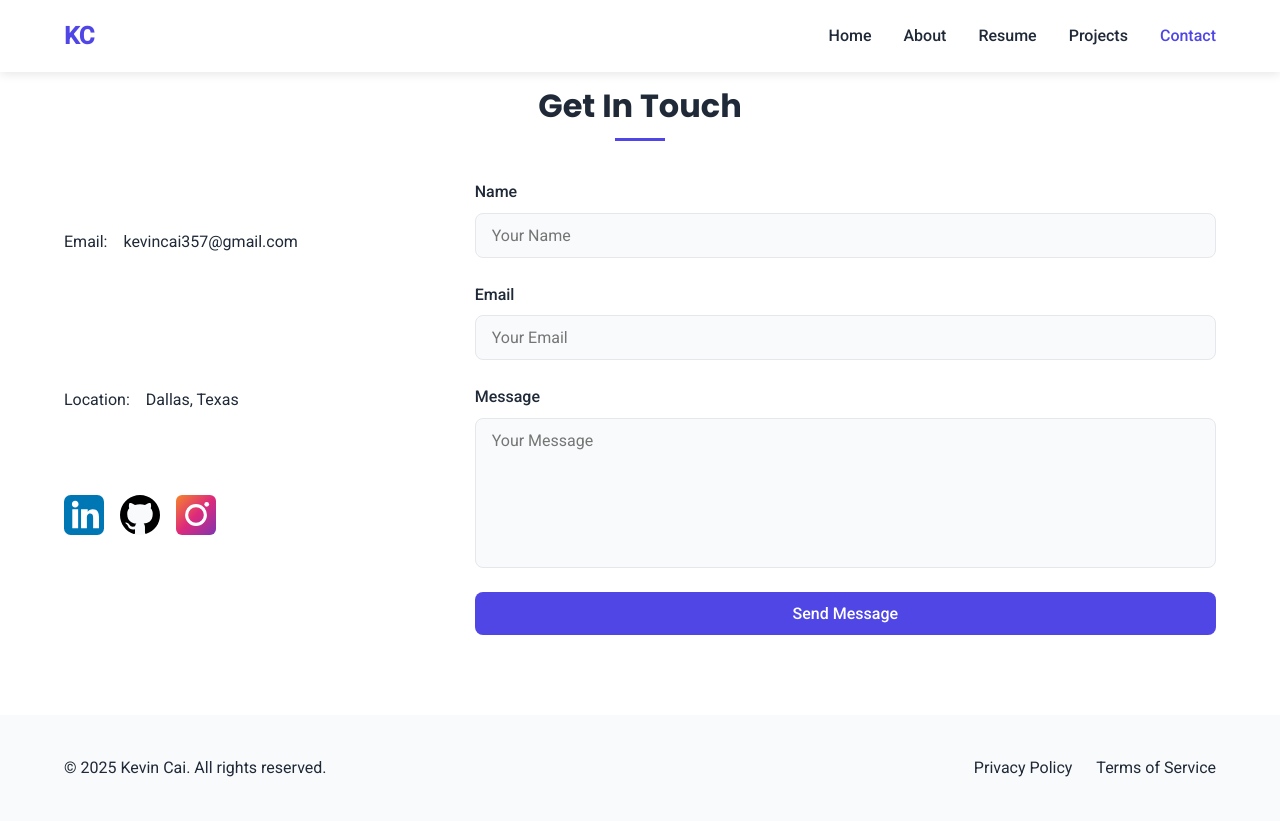
Repository: itskevbo/E-Portfolio
Page: pages/contact.html
These files come from the project's save history. The page is drawn as it stood at one moment and after the next save; the edit follows.
The browser window is 1280 px wide. The pictures show the whole page.

Above is the page before, as saved 2025-04-22 22:55:56.

After the next save:
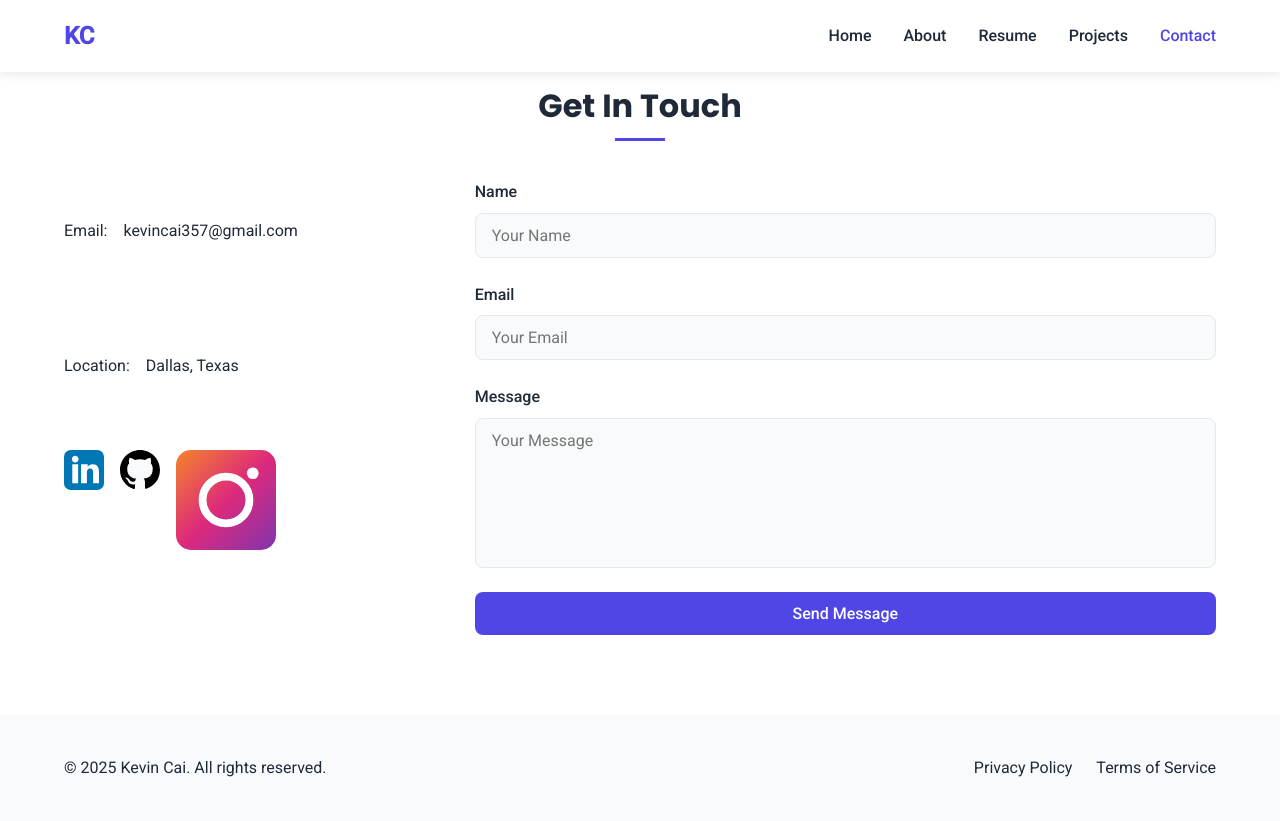
Saved 3 min 17 s later.
--- a/pages/contact.html
+++ b/pages/contact.html
@@ -65,7 +65,7 @@
                             <a href="https://github.com/itskevbo" class="contact__social-link" target="_blank">
                                 <img src="../assets/icons/github.svg" alt="GitHub" class="contact__social-icon">
                             </a>
-                            <a href="#" class="contact__social-link" target="_blank">
+                            <a href="#" class="https://www.instagram.com/_itskevbo/" target="_blank">
                                 <img src="../assets/icons/instagram.svg" alt="Instagram" class="contact__social-icon">
                             </a>
                         </div>

After the 2 saves that followed:
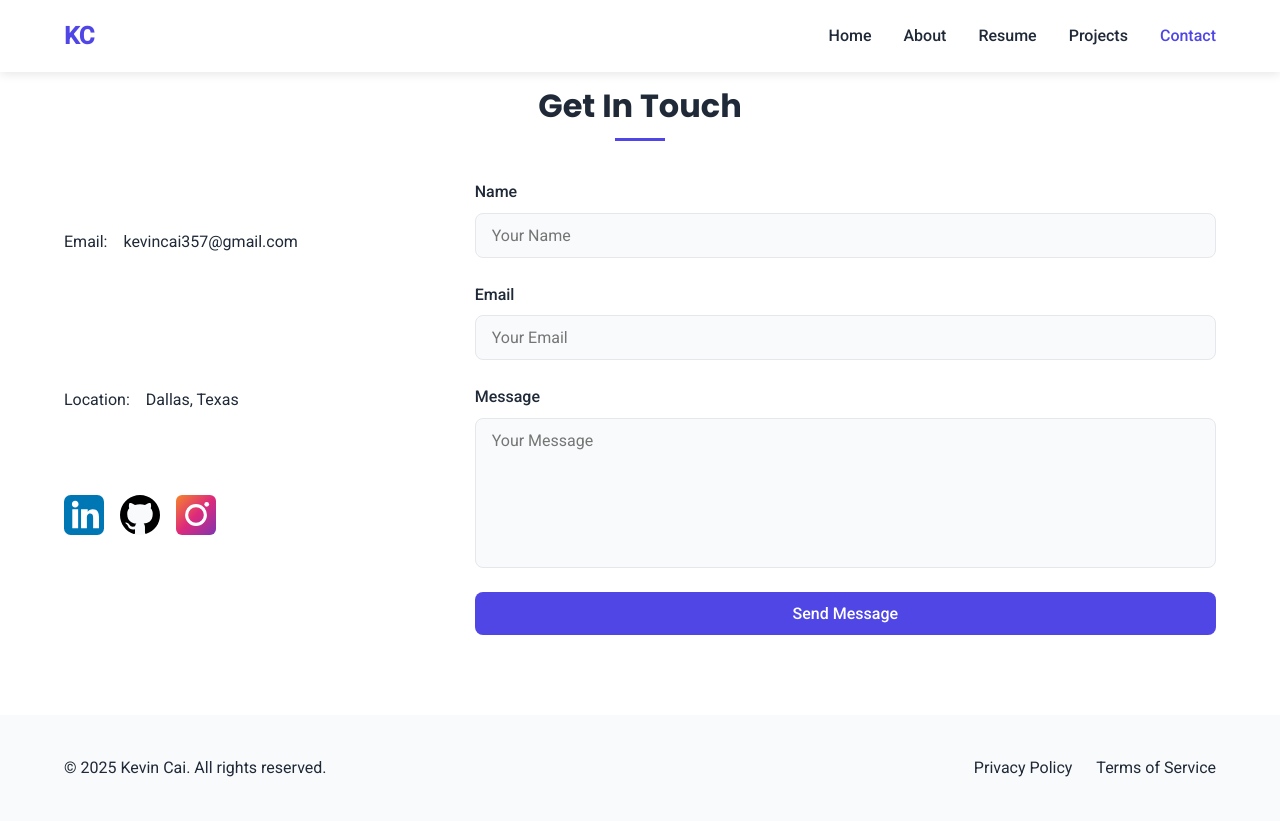
The 2 saves are shown as one change because they came seconds apart.
The last was saved 14 s later.
--- a/pages/contact.html
+++ b/pages/contact.html
@@ -65,7 +65,7 @@
                             <a href="https://github.com/itskevbo" class="contact__social-link" target="_blank">
                                 <img src="../assets/icons/github.svg" alt="GitHub" class="contact__social-icon">
                             </a>
-                            <a href="#" class="https://www.instagram.com/_itskevbo/" target="_blank">
+                            <a href="https://www.instagram.com/_itskevbo/" class="contact__social-link" target="_blank">
                                 <img src="../assets/icons/instagram.svg" alt="Instagram" class="contact__social-icon">
                             </a>
                         </div>
